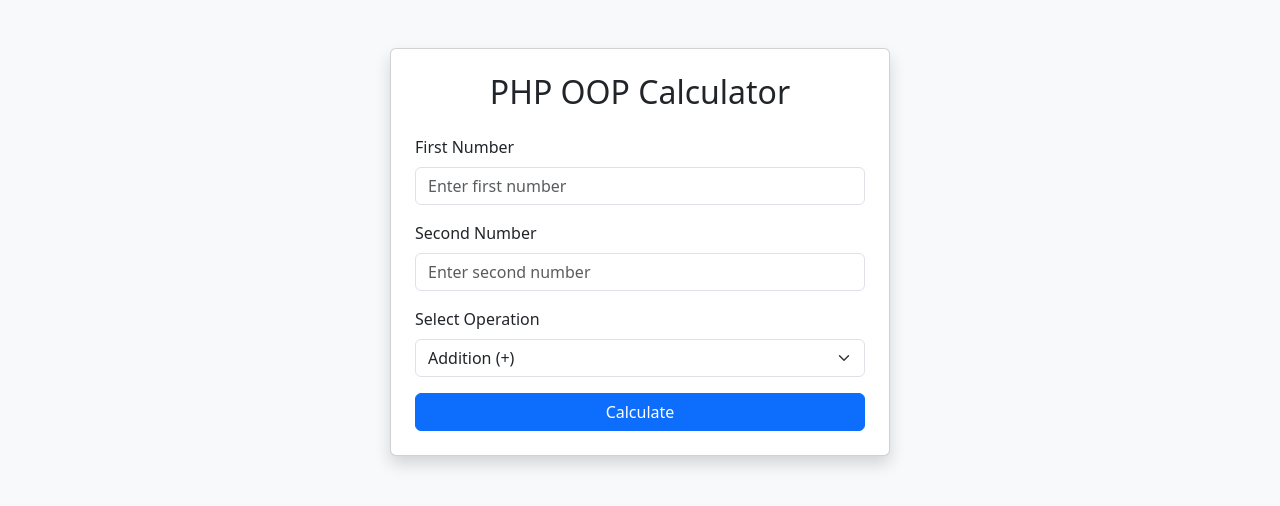
Repository: karkinoob/SimpleCalculator
Page: http://localhost/
These files come from the project's save history. The page is drawn as it stood at one moment and after the next save; the edit follows.
The browser window is 1280 px wide. The pictures show the whole page.
The page is run by PHP 8.4 with error messages shown; the project is at /var/www/html/.

Above is the page before, as saved 2025-05-08 17:17:50.

### index.php
<?php
class Calculator {
  private $num1;
  private $num2;

  public function __construct($num1,$num2) {
    $this->num1 = $num1;
    $this->num2 = $num2;
  }
  function add () {
    return $this->num1 + $this->num2;
  }
  function substract() {
    $this->num1 - $this->num2;
  }
  function multiply () {
    $this->num1 * $this->num2;
  }
  function divide () {
    if ($this->num2 == 0) {
      echo "Cannot divided by zero";
    } else {
      $this->num1 / $this->num2;
    }
  }
}
$result = "";
         if ($_SERVER)

?>
<!DOCTYPE html>
<html lang="en">
<head>
    <meta charset="UTF-8">
    <title>OOP Calculator</title>
    <meta name="viewport" content="width=device-width, initial-scale=1">

    <link href="https://cdn.jsdelivr.net/npm/bootstrap@5.3.6/dist/css/bootstrap.min.css" rel="stylesheet">
</head>
<body class="bg-light">

<div class="container mt-5">
    <div class="card shadow p-4 mx-auto" style="max-width: 500px;">
        <h2 class="mb-4 text-center">PHP OOP Calculator</h2>
        <form method="POST">
            <div class="mb-3">
                <label for="num1" class="form-label">First Number</label>
                <input type="number" step="any" name="num1" class="form-control" required placeholder="Enter first number">
            </div>
            <div class="mb-3">
                <label for="num2" class="form-label">Second Number</label>
                <input type="number" step="any" name="num2" class="form-control" required placeholder="Enter second number">
            </div>
            <div class="mb-3">
                <label for="operation" class="form-label">Select Operation</label>
                <select name="operation" class="form-select" required>
                    <option value="add">Addition (+)</option>
                    <option value="subtract">Subtraction (-)</option>
                    <option value="multiply">Multiplication (×)</option>
                    <option value="divide">Division (÷)</option>
                </select>
            </div>
            <button type="submit" class="btn btn-primary w-100">Calculate</button>
        </form>

        <!-- <?php if ($result !== ""): ?>
            <div class="alert alert-info text-center mt-4">
                <strong>Result:</strong> <?= $result ?> -->
            </div>
        <?php endif; ?>
    </div>
</div>

</body>
</html>

After the next save:
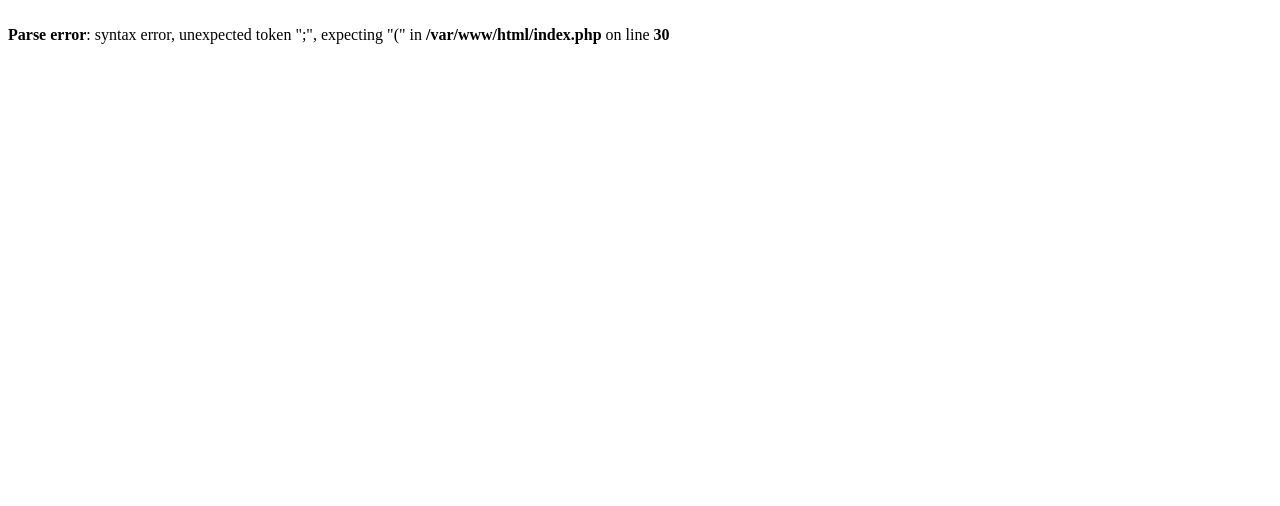
Saved 7 s later.
--- a/index.php
+++ b/index.php
@@ -25,7 +25,7 @@
   }
 }
 $result = "";
-         if ($_SERVER)
+         if
 
 ?>
 <!DOCTYPE html>
